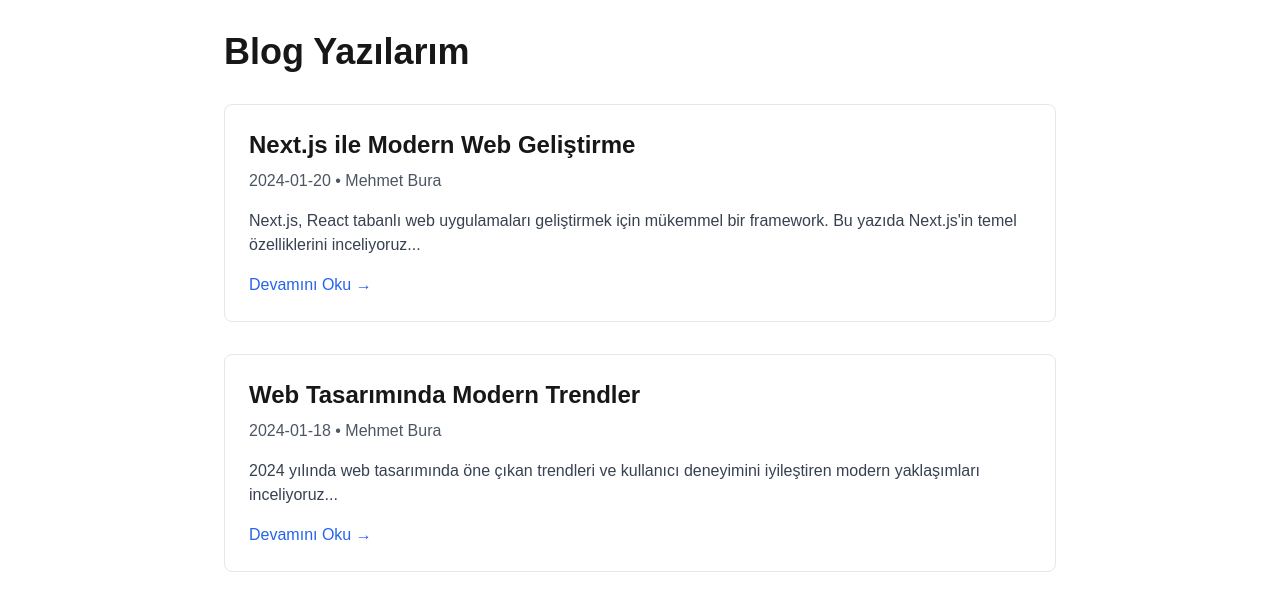
Repository: burakdemirrr/blog-app
Page: /
An editor plug-in stored every save of this project. The page is shown before and after the next save, followed by the edit.
The browser window is 1280 px wide. The pictures show the whole page.
The project was rebuilt for these pictures with package versions that can differ from the ones it lists, and the page was loaded fresh each time. The framework's server and built-in components were replaced by stand-ins that run in the browser. Also part of the build but not shown: next.config.js, next.config.ts.

Above is the page before, as saved 2024-12-29 22:25:59.

### src/app/page.tsx
import { posts } from '@/data/posts';
import Link from 'next/link';

export default function Home() {
  return (
    <main className="min-h-screen p-8 max-w-4xl mx-auto">
      <h1 className="text-4xl font-bold mb-8">Blog Yazılarım</h1>
      <div className="space-y-8">
        {posts.map(post => (
          <article key={post.id} className="border border-gray-200 rounded-lg p-6 hover:shadow-lg transition-shadow">
            <Link href={`/blog/${post.id}`}>
              <h2 className="text-2xl font-semibold mb-2 hover:text-blue-600">{post.title}</h2>
            </Link>
            <div className="text-gray-600 mb-4">
              <span>{post.date}</span> • <span>{post.author}</span>
            </div>
            <p className="text-gray-700">{post.excerpt}</p>
            <Link href={`/blog/${post.id}`} className="mt-4 inline-block text-blue-600 hover:underline">
              Devamını Oku →
            </Link>
          </article>
        ))}
      </div>
    </main>
  );
}

### src/data/posts.ts
import { BlogPost } from '@/types/blog';

export const posts: BlogPost[] = [
  {
    id: '1',
    title: 'Next.js ile Modern Web Geliştirme',
    excerpt: 'Next.js, React tabanlı web uygulamaları geliştirmek için mükemmel bir framework. Bu yazıda Next.js\'in temel özelliklerini inceliyoruz...',
    content: `Next.js, React tabanlı web uygulamaları geliştirmek için mükemmel bir framework. Bu yazıda Next.js'in temel özelliklerini inceliyoruz.

    Next.js size sayfa yönlendirme, sunucu tarafı işleme, statik site oluşturma gibi birçok özellik sunar. Ayrıca, performans optimizasyonları ve SEO dostu yapısıyla da öne çıkar.

    Modern web geliştirmede Next.js'in sunduğu avantajlar:
    - Otomatik sayfa yönlendirme
    - Sunucu tarafı işleme
    - Statik site oluşturma
    - API Routes
    - Typescript desteği
    `,
    date: '2024-01-20',
    author: 'Mehmet Bura'
  },
  {
    id: '2',
    title: 'Web Tasarımında Modern Trendler',
    excerpt: '2024 yılında web tasarımında öne çıkan trendleri ve kullanıcı deneyimini iyileştiren modern yaklaşımları inceliyoruz...',
    content: `2024 yılında web tasarımında öne çıkan trendleri ve kullanıcı deneyimini iyileştiren modern yaklaşımları inceliyoruz.

    Minimalist tasarımlar, koyu mod desteği, ve mikroanimasyonlar gibi özellikler artık modern web sitelerinin vazgeçilmez parçaları haline geldi.

    İşte 2024'ün öne çıkan web tasarım trendleri:
    - Minimalist UI/UX
    - Koyu mod desteği
    - Mikroanimasyonlar
    - Özelleştirilebilir arayüzler
    - Erişilebilirlik odaklı tasarım
    `,
    date: '2024-01-18',
    author: 'Mehmet Bura'
  }
];

Loaded but not shown: src/app/layout.tsx (common file); src/app/globals.css (common file); tailwind.config.ts (common file)

After the next save:
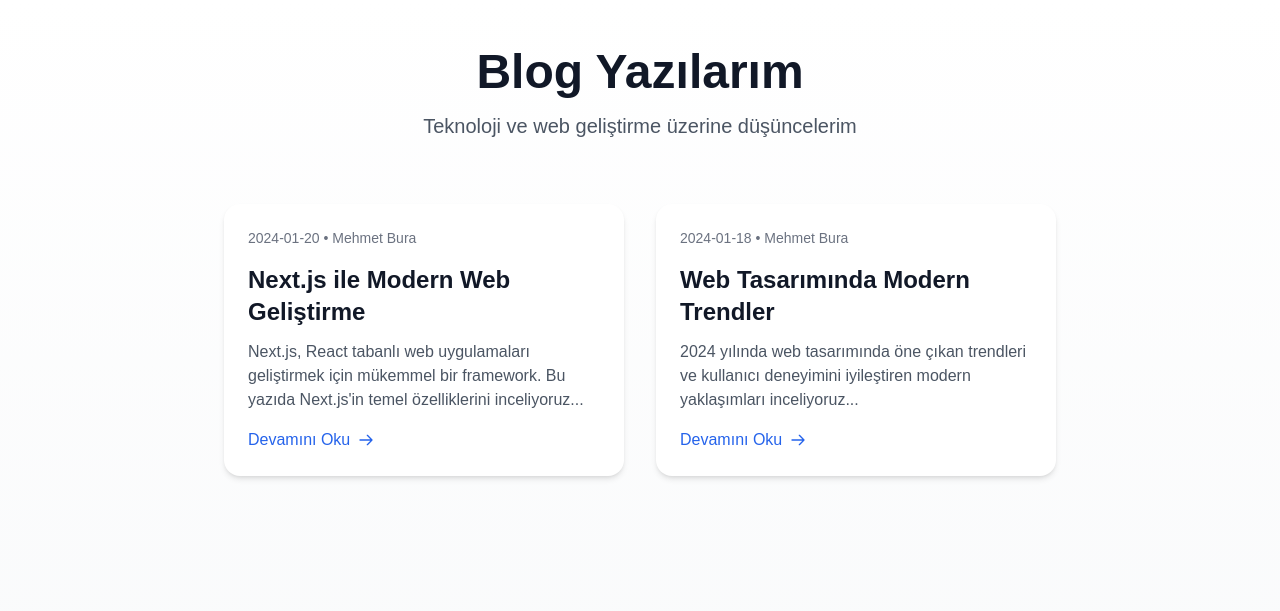
Saved 52 s later.
--- a/src/app/page.tsx
+++ b/src/app/page.tsx
@@ -3,24 +3,48 @@ import Link from 'next/link';
 
 export default function Home() {
   return (
-    <main className="min-h-screen p-8 max-w-4xl mx-auto">
-      <h1 className="text-4xl font-bold mb-8">Blog Yazılarım</h1>
-      <div className="space-y-8">
-        {posts.map(post => (
-          <article key={post.id} className="border border-gray-200 rounded-lg p-6 hover:shadow-lg transition-shadow">
-            <Link href={`/blog/${post.id}`}>
-              <h2 className="text-2xl font-semibold mb-2 hover:text-blue-600">{post.title}</h2>
-            </Link>
-            <div className="text-gray-600 mb-4">
-              <span>{post.date}</span> • <span>{post.author}</span>
-            </div>
-            <p className="text-gray-700">{post.excerpt}</p>
-            <Link href={`/blog/${post.id}`} className="mt-4 inline-block text-blue-600 hover:underline">
-              Devamını Oku →
-            </Link>
-          </article>
-        ))}
-      </div>
-    </main>
+    <div className="min-h-screen bg-gradient-to-b from-white to-gray-50">
+      <main className="max-w-4xl mx-auto px-4 sm:px-6 lg:px-8 py-12">
+        <div className="text-center mb-16">
+          <h1 className="text-5xl font-bold text-gray-900 mb-4">Blog Yazılarım</h1>
+          <p className="text-xl text-gray-600">Teknoloji ve web geliştirme üzerine düşüncelerim</p>
+        </div>
+
+        <div className="grid gap-8 md:grid-cols-2">
+          {posts.map(post => (
+            <article
+              key={post.id}
+              className="bg-white rounded-2xl shadow-md hover:shadow-xl transition-all duration-300 overflow-hidden"
+            >
+              <div className="p-6">
+                <div className="text-sm text-gray-500 mb-4">
+                  {post.date} • {post.author}
+                </div>
+
+                <Link href={`/blog/${post.id}`} className="group">
+                  <h2 className="text-2xl font-bold text-gray-900 mb-3 group-hover:text-blue-600 transition-colors">
+                    {post.title}
+                  </h2>
+                </Link>
+
+                <p className="text-gray-600 mb-4 line-clamp-3">
+                  {post.excerpt}
+                </p>
+
+                <Link
+                  href={`/blog/${post.id}`}
+                  className="inline-flex items-center text-blue-600 hover:text-blue-800 transition-colors"
+                >
+                  Devamını Oku
+                  <svg className="w-4 h-4 ml-2" fill="none" stroke="currentColor" viewBox="0 0 24 24">
+                    <path strokeLinecap="round" strokeLinejoin="round" strokeWidth={2} d="M14 5l7 7m0 0l-7 7m7-7H3" />
+                  </svg>
+                </Link>
+              </div>
+            </article>
+          ))}
+        </div>
+      </main>
+    </div>
   );
 }
